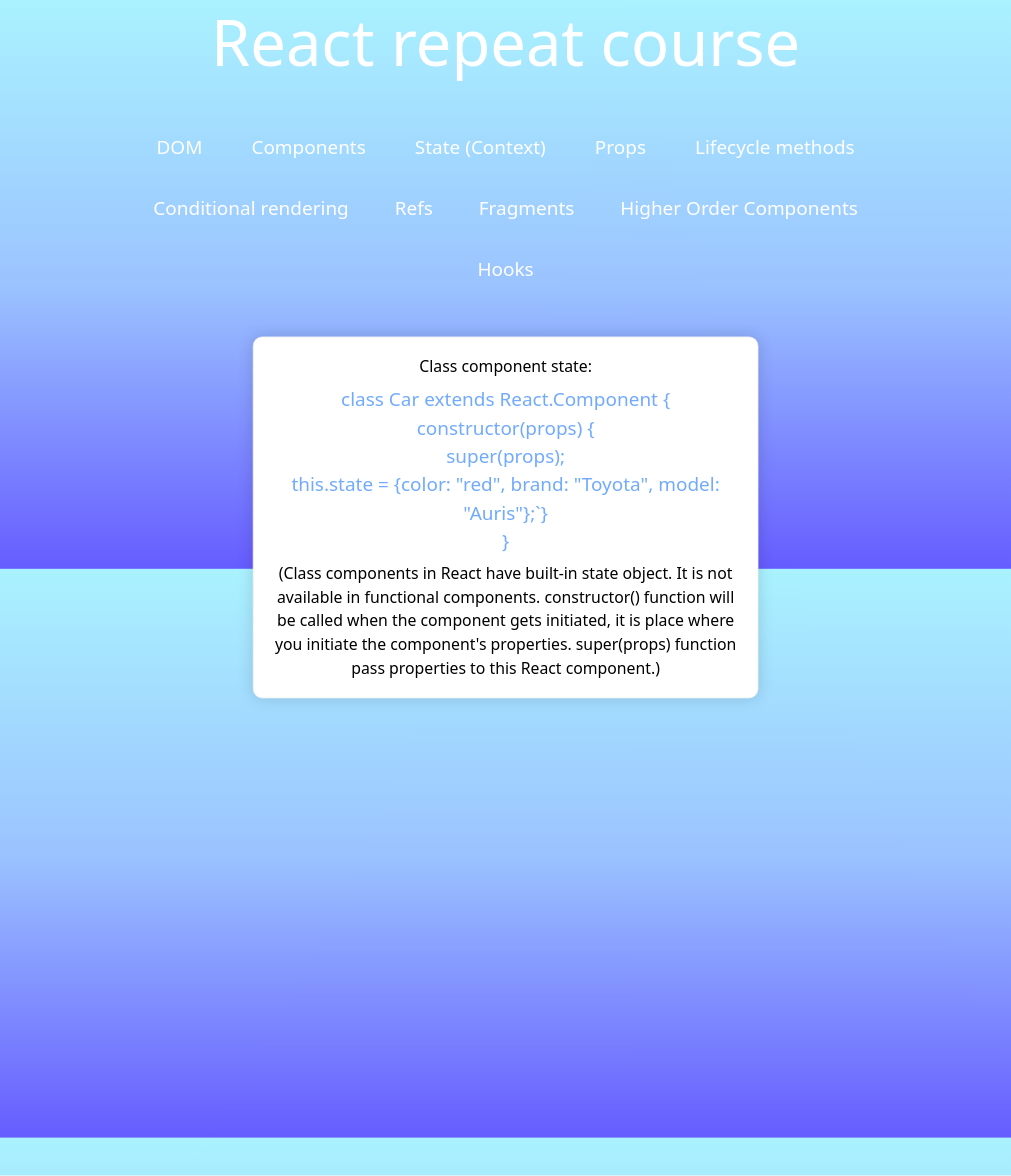
Repository: michalgornicki/github
Page: /#/State
The author's editor kept a copy of each file at every save. The page is drawn from the files as they stood at one save, then again after a run of saves.
The browser window is 1280 px wide. The pictures show the whole page, at 79% of full size.
Backgrounds fixed to the window are drawn as part of the page. The project was rebuilt for these pictures with package versions that can differ from the ones it lists, and the page was loaded fresh each time. Also part of the build but not shown: src/components/dom.jsx, src/components/components.jsx, src/components/props.jsx, src/components/lifecycle.jsx, src/components/conditional.jsx, src/components/refs.jsx, src/components/fragments.jsx, src/components/hoc.jsx and 1 more.

Above is the page before, as saved 2022-02-07 12:56:02.

After the next 3 saves:
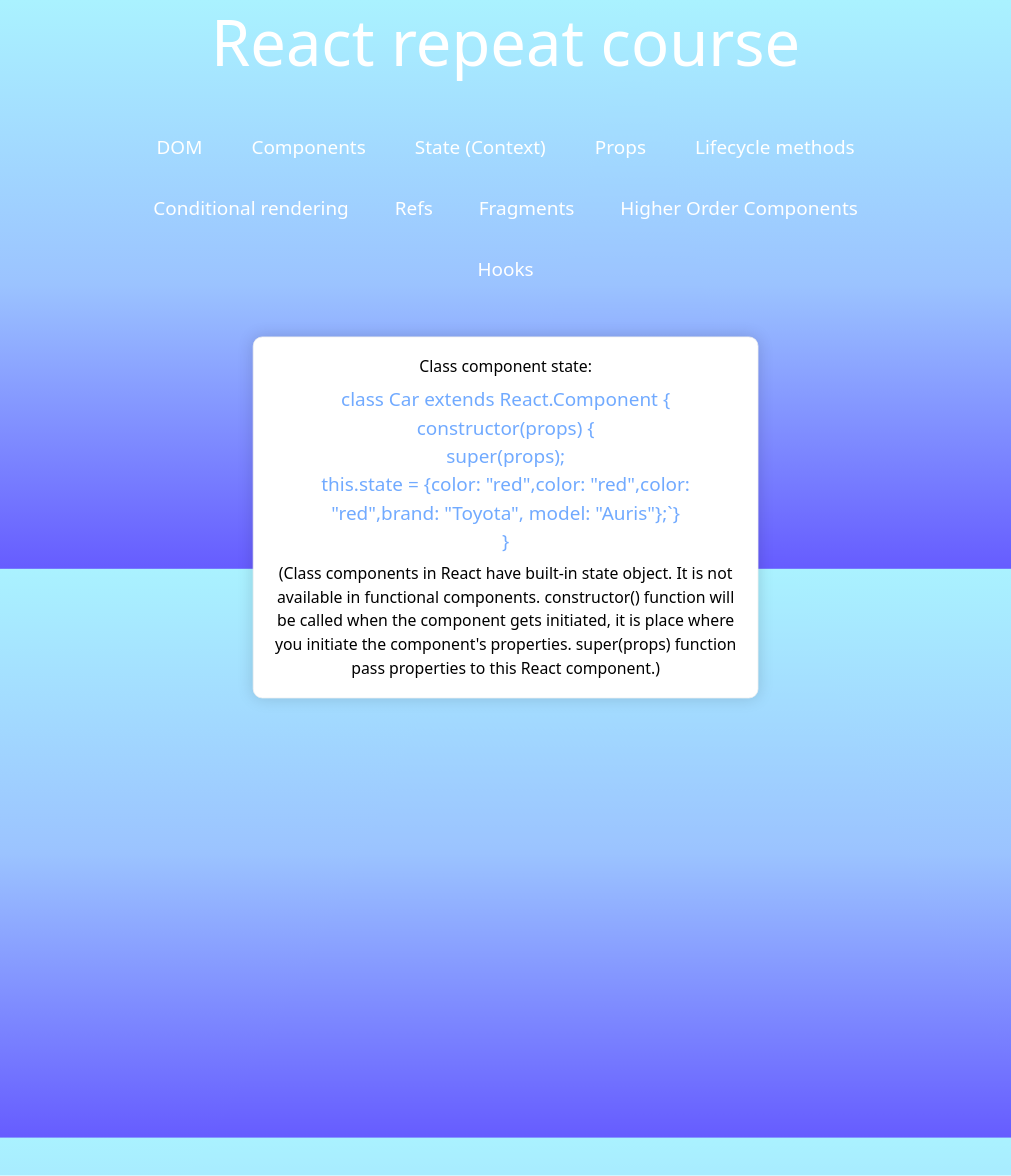
The 3 saves are shown as one change because they came seconds apart.
The last was saved 7 s later.
--- a/src/components/state.jsx
+++ b/src/components/state.jsx
@@ -9,7 +9,10 @@
           {`constructor(props) {`} <br />
           {`super(props);`}{" "} <br />
           {`this.state = {`}
-          {`color: "red",`} brand: "Toyota", model: "Auris"};`}{" "} <br />
+          {`color: "red",`}
+          {`color: "red",`}
+          {`color: "red",`}
+           brand: "Toyota", model: "Auris"};`}{" "} <br />
           {`}`}{" "}
         </div>{" "}
         (Class components in React have built-in state object. It is not available in functional components. constructor() function will be called when the component gets initiated, it is place where you initiate the component's properties. super(props) function pass properties to this React component.)
